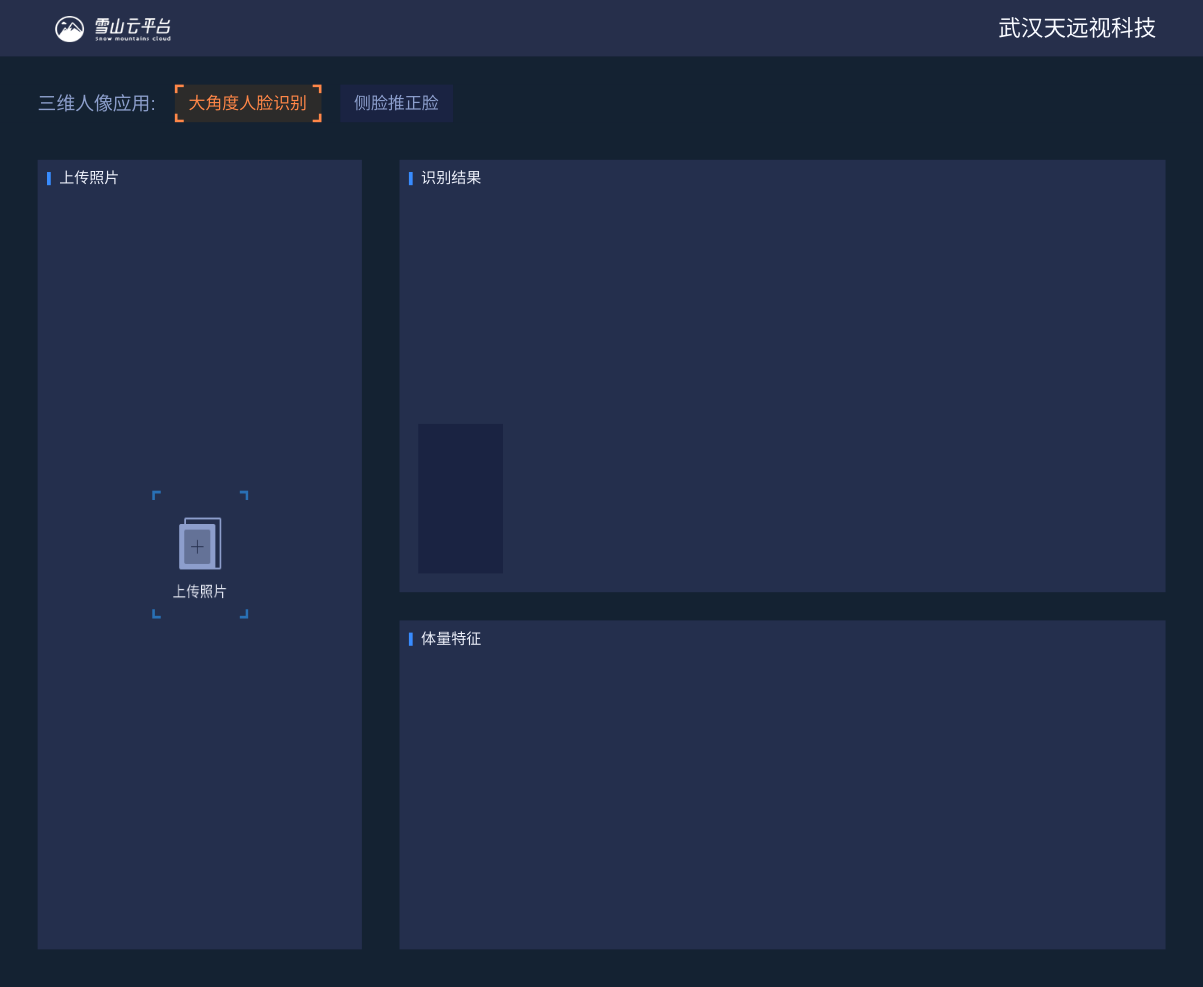
Repository: fyt2020/pubilcDemlo
Page: /
The author's editor kept a copy of each file at every save. The page is drawn from the files as they stood at one save, then again after a run of saves.
The browser window is 1280 px wide. The pictures show the whole page, at 94% of full size.
The project was rebuilt for these pictures with package versions that can differ from the ones it lists, and the page was loaded fresh each time.

Above is the page before, as saved 2020-04-28 17:00:49.

### index.html
<!DOCTYPE html>
<html>
  <head>
    <meta charset="utf-8">
    <meta name="viewport" content="width=device-width,initial-scale=1.0">
    <title>pubilcdemo</title>
    <link rel="shortcut icon" href="./static/farsee.ico" type="image/x-icon">
    <script src="./static/config.js"></script>
    <script src="./static/main.js"></script>
  </head>
  <body>
    <div id="app"></div>
    <!-- built files will be auto injected -->
  </body>
</html>

### src/main.js
// The Vue build version to load with the `import` command
// (runtime-only or standalone) has been set in webpack.base.conf with an alias.
import Vue from 'vue'
import App from './App'
import router from './router'
import '@/assets/css/reset.css'
import axios from '@/plugins/axios';

Vue.config.productionTip = false
Vue.prototype.$http = axios;
/* eslint-disable no-new */
new Vue({
  el: '#app',
  router,
  components: { App },
  template: '<App/>'
})

### src/assets/css/reset.css
@charset "UTF-8";
/**
 * @desc pc端常用reset.css
 * @author archer
 * @date 2018-08-26
 */
html,body,div,p,ul,li,dl,dt,dd,em,i,span,a,img,input,h1,h2,h3,h4,h5,nav,section,footer,header,table,tr,th,td,ul,li{margin:0;padding:0;box-sizing: border-box;}
h1,h2,h3,h4,h5,h6{font-weight:normal}
i,em,b{font-style:normal}
article,aside,details,figcaption,figure,footer,header,menu,nav,section {display: block;}
a,img,input {border:none;}
a {text-decoration:none;}
a:hover, a:active {outline: none;}
ul,li{list-style: none}
button,input,select,textarea{font-size:100%;outline:none}
table{border-collapse:collapse;border-spacing:0}
html, body {width: 100%;height: 100%;}
body{font-family:"Helvetica Neue",Helvetica, Arial,sans-serif; font-size: 14px;line-height:1}

### src/pages/Home.vue
<template>
  <div class="home">
      <div class="header">
           <div class="header__left">
                <img src="../assets/img/logo1.png" alt="" class="logo_img">
           </div>
           <div class="header__right">
                <span>武汉天远视科技</span>
           </div>
      </div>
      <div class="navigation">
            <span class="navigation__title">三维人像应用:</span>
            <router-link tag="li" :to="{name:'bigAngle'}" class="navigation__item">大角度人脸识别</router-link>
            <router-link tag="li" :to="{name:'face',params:{id:'self'}}" class="navigation__item">侧脸推正脸</router-link>
      </div>

      <div class="content">
         <router-view />
      </div>

  </div>
</template>

<script>
export default {
  data() {
    return {};
  },
  computed: {},
  created() {

  },
  mounted() {

  },
  methods: {

  },
  components: {}
};
</script>

<style lang="scss" scoped>
@import "@/assets/css/home.scss";
</style>

### src/pages/bigAngle.vue
<template>
  <div class="bigAngle">
    <div class="bigAngle__left">
      <div class="left__top">
        <div class="titleW" v-if="btnKey">
          <span class="titleW__one"></span>
          <span class="titleW__w">上传照片</span>
        </div>
        <img :src="uploadImgUrl" alt class="uploadImg" v-if="uploadImgUrl" />
        <img
          src="../assets/img/delete.png"
          alt
          class="delete__img"
          v-show="closeKey"
          @click="close"
        />
        <button class="btn" @click="uploadFile2" v-if="btnKey">
          <img src="../assets/img/midle.png" alt class="btn__bg" />
          <form
            name="fileList"
            id="fileList"
            action="uploadURL"
            method="POST"
            enctype="multipart/form-data"
            class="file"
          >
            <input
              type="file"
              hidden
              @change="beforeUploadFile2($event)"
              id="upload_file2"
              class="file-inp"
            />
          </form>
        </button>
      </div>
    </div>
    <div class="bigAngle__right">
      <div class="right__top">
        <div class="titleW">
          <span class="titleW__one"></span>
          <span class="titleW__w">识别结果</span>
        </div>

        <div class="recg__box">
          <img :src="angleImg[0].src" alt class="recg__item" />
        </div>
        <div id="WebGL-output"></div>
        <ul class="info__box" v-if="infoObj.collectNo">
          <li class="info__item">
            <span class="info__iteml">姓名:</span>
            <span class="info__itemr">{{infoObj.username}}</span>
          </li>
          <li class="info__item">
            <span class="info__iteml">性别:</span>
            <span class="info__itemr">{{infoObj.sex}}</span>
          </li>
          <li class="info__item">
            <span class="info__iteml">采集编号:</span>
            <span class="info__itemr">{{infoObj.collectNo}}</span>
          </li>

          <li class="info__item">
            <span class="info__iteml">证件号:</span>
            <span class="info__itemr">{{infoObj.idNo}}</span>
          </li>
          <li class="info__item">
            <span class="info__iteml">采集时间:</span>
            <span class="info__itemr">{{infoObj.time}}</span>
          </li>
        </ul>
      </div>
      <div class="right__bottom">
        <div class="titleW">
          <span class="titleW__one"></span>
          <span class="titleW__w">体量特征</span>
        </div>
        <img src="../assets/img/char.jpg" alt class="char" v-if="!btnKey"/>
        <ul class="tl__box" v-if="charData.length>0">
          <li class="tl__item" v-for="item in charData" :key="item.value">
            <span class="tl__iteml same">{{item.title}}:</span>
            <span class="tl__itemr same">{{Number(item.value).toFixed(2)}}</span>
          </li>
        </ul>
      </div>
    </div>
  </div>
</template>

<script>
import axios from "axios";
export default {
  props: {},
  data() {
    return {
      btnKey: true,
      uploadImgUrl: "",
      closeKey: false,
      camera: null,
      renderer: null,
      boxHelper: null,
      animationId: null,
      modelObj: null,
      scene: null,
      infoObj: {
        collectNo: "",
        sex: "",
        time: "",
        idNo: ""
      },
      charData: [],
      angleImg: [
        {
          id: Math.floor(Math.random * 100),
          src: ``
        }
      ],

      source: 0
    };
  },
  computed: {},
  created() {},
  mounted() {},
  watch: {},
  methods: {
    close() {
      $("#WebGL-output").empty();
      this.uploadImgUrl = "";
      this.closeKey = false;
      this.btnKey = true;
      this.angleImg = [
        {
          id: Math.floor(Math.random * 100),
          src: ``
        }
      ];
      this.charData = [];
      (this.infoObj = {
        collectNo: "",
        sex: "",
        time: "",
        idNo: ""
      }),
        this.removeEntity(this.modelObj);
    },
    uploadFile2() {
      let file = document.getElementById("upload_file2");
      file.click();
    },
    beforeUploadFile2(e) {
      let VM = this;
      let files = e.target.files[0];
      let nameArr = e.target.files[0].name.split(".");
      let len = nameArr.length;
      let startName = e.target.files[0].name.split(".")[0];
      let endName = nameArr[len - 1];
      if (
        endName != "jpg" &&
        endName != "png" &&
        endName != "jpeg" &&
        endName != "JPG" &&
        endName != "PNG" &&
        endName != "JPEG"
      ) {
        VM.$Message.error(`上传图片格式不是jpg或png!`);
        return;
      }
      if (!files) {
        return;
      }
      this.btnKey = false;
      this.closeKey = true;
      let reader = new FileReader();
      reader.onloadend = function() {
        VM.uploadImgUrl = reader.result;
      };
      reader.readAsDataURL(files);
      this.angleImg = [
        {
          id: Math.floor(Math.random * 100),
          src: window.BASEURL.flieUrl +  `${startName}/${startName}_angle.jpg`
        }
      ];
      this.INIT($(".right__top").width(), $(".right__top").height(), startName);
      this.getInfo(startName);
    },

    INIT(width, height, name) {
      let VM = this;
      //场景构建
      VM.scene = new THREE.Scene();
      //相机构建
      VM.camera = new THREE.PerspectiveCamera(45, width / height, 0.1, 2000); //四个参数 视场角 方向 最近距 最远距  fov对应着图中的视角，是上下两面的夹角。aspect是近平面的宽高比。
      // camera.lookAt( new THREE.Vector3(0, 0, 0));
      //渲染器构建
      VM.renderer = new THREE.WebGLRenderer({
        antialias: true
      });

      //设置背景颜色
      VM.renderer.setClearColor(0x242f4d);
      //三个参数 width height updateStyle第三个选填
      VM.renderer.setSize(width, height);
      //激活阴影
      VM.renderer.shadowMapEnabled = true;
      //添加材质灯光阴影
      var ambiColor = "ffffff";
      var ambientLight = new THREE.AmbientLight(ambiColor);
      VM.scene.add(ambientLight);

      //添加坐标系
      // var axes = new THREE.AxisHelper(100);
      // scene.add(axes);

      //添加网格
      // var helper = new THREE.GridHelper( 1000, 50 ,0x0000ff, 0xff8080);
      // scene.add(helper);
      VM.boxHelper = new THREE.BoxHelper();

      var controls = new THREE.OrbitControls(VM.camera, VM.renderer.domElement);
      //controls.target = new THREE.Vector3(0, 0, 0);
      // 使动画循环使用时阻尼或自转 意思是否有惯性
      controls.enableDamping = true;
      //动态阻尼系数 就是鼠标拖拽旋转灵敏度
      controls.dampingFactor = 0.25;
      //是否可以缩放
      controls.enableZoom = true;
      //是否自动旋转
      controls.autoRotate = false;
      //设置相机距离原点的最近距离
      //controls.minDistance = 200;
      //设置相机距离原点的最远距离
      //controls.maxDistance = 600;
      //是否开启右键拖拽
      controls.enablePan = true;
      //上下旋转范围
      controls.minPolarAngle = 0;
      controls.maxPolarAngle = Math.PI * (90 / 180);
      //左右旋转范围
      controls.minAzimuthAngle = -Math.PI * (45 / 180);
      controls.maxAzimuthAngle = Math.PI * (45 / 180);

      controls.panSpeed = 0.2;
      controls.rotateSpeed = 0.1;
      //模型
      var onProgress = function(xhr) {
        // if (xhr.lengthComputable) {
        //   //可计算的长度
        //   var percentCompvare = (xhr.loaded / xhr.total) * 100; //加载程度百分比
        //   var elem = document.getElementById("myBar");
        //   var width = parseInt(percentCompvare);
        //   elem.style.width = width + "%";
        //   $(".loading").text("正在下载:" + parseInt(percentCompvare) + "%");
        // }
      };
      var onError = function(xhr) {
        // $(".loading")
        //   .show()
        //   .text("下载失败");
        return;
      };

      var modelPath = window.BASEURL.flieUrl +  `${name}`;
      var objLoader = new THREE.OBJLoader2();
      var callbackOnLoad = function(event) {
        VM.modelObj = event.detail.loaderRootNode;
        VM.modelObj.name = `${name}`;
        VM.modelObj.scale.set(1.9, 1.9, 1.9);
        VM.modelObj.children[0].geometry.computeBoundingBox();
        VM.modelObj.rotation.x = THREE.Math.degToRad(-88);
        VM.modelObj.children[0].geometry.center();
        VM.boxHelper.setFromObject(VM.modelObj);
        let center = VM.boxHelper.geometry.boundingSphere.center;
        let radius = VM.boxHelper.geometry.boundingSphere.radius;
        let cameraPos = new THREE.Vector3(
          center.x + VM.modelObj.position.x,
          center.y + VM.modelObj.position.y,
          radius * 2.2 + center.z + VM.modelObj.position.z
        );
        let lookPos = new THREE.Vector3(
          center.x + VM.modelObj.position.x,
          center.y + VM.modelObj.position.y,
          center.z + VM.modelObj.position.z
        );
        VM.camera.position.copy(cameraPos);
        controls.target = lookPos;
        VM.camera.lookAt(lookPos);
        VM.scene.add(VM.modelObj);
      };
      let typeObj = VM.source == "1" ? "textured" : "cut";
      objLoader.loadMtl(modelPath + `/${typeObj}_mesh.mtl`, null, function(
        materialCreator
      ) {
        materialCreator[`${typeObj}_mesh`].opacity = 1; // new THREE.Color(1,1,1)
        objLoader.setMaterials(materialCreator);
        objLoader.setLogging(true, true);
        objLoader.load(
          modelPath + `/${typeObj}_mesh.obj`,
          callbackOnLoad,
          onProgress,
          onError,
          null,
          false
        );
      });
      VM.camera.lookAt(VM.scene.position);
      //在页面上添加渲染器，dom元素
      $("#WebGL-output").append(VM.renderer.domElement);
      renderScene();
      VM.getModelTxt(name);
      function renderScene() {
        var clock = new THREE.Clock();
        var delta = clock.getDelta(); //三角点
        controls.update();
        VM.camera.updateProjectionMatrix();
        VM.animationId = requestAnimationFrame(renderScene); //请求动画框架
        VM.renderer.render(VM.scene, VM.camera);
      }
    },
    getModelTxt(name) {
      let VM = this;
      let id = new Date().getTime();
      let params = {
        headers: {
          "Content-Type": "text/plain;charset=utf-8"
        },
        responseType: "text/json",
        inCharset: "utf-8",
        outCharset: "utf-8",
        timeout: 30000,
        random: id
      };
      axios
        .get(window.BASEURL.flieUrl + `${name}/face_points_distance.txt`)
        .then(function(res) {
          let newData = res.data.split("\r\n");
          let len = newData.length;
          for (var i = 0; i < len; i++) {
            if (newData[i]) {
              let obj = {};
              let k = newData[i].split(":")[0];
              let v = newData[i].split(":")[1];
              obj["title"] = k;
              obj["value"] = v;
              VM.charData.push(obj);
            }

            console.log(VM.charData);
          }
        })
        .catch(function(error) {
          console.log(error);
        });
    },
    getInfo(name) {
      let VM = this;
      this.$http.api
        .get(window.BASEURL.flieUrl + `${name}/${name}.json`)
        .then(function(res) {
          if (res.data.code === 0) {
            let data = res.data.result;
            VM.infoObj = data;
          }
        })
        .catch(function(error) {
          console.log(error);
        });
    },
    //移除模型
    removeEntity(object) {
      let selectedObject = this.scene.getObjectByName(object.name);
      // console.log('renderer.renderLists',this.renderer.renderLists)
      selectedObject.traverse(function(item) {
        if (item instanceof THREE.Mesh) {
          item.geometry.dispose(); //删除几何体
          //item.material.dispose(); //删除材质
          if (Array.isArray(item.material)) {
            item.material.forEach(function(i) {
              i.dispose(); //删除材质
            });
          } else {
            item.material.dispose();
          }
        }
      });
      this.scene.remove(selectedObject);
      this.renderer.dispose();
      this.renderer.clear();
      this.renderer.renderLists.dispose();
      this.modelObj = null;
      THREE.Cache.clear();
    }
  },
  beforeDestroy() {
    this.removeEntity(this.modelObj);
  },
  components: {}
};
</script>

<style scoped lang="scss">
@import "@/assets/css/bigAngle.scss";
</style>

### src/assets/css/home.scss

@import "@/assets/css/func.scss";
.home{
    font-size: 20px;
    width: 100vw;
    height: 100vh;
    background-color: #142232;
    .header{
        width: 100%;
        height: 60px;
        background-color: #262f4b;
        display: flex;
        align-items: center;
        color:  #f8faff;;
        justify-content: space-between;
        padding: 0 50px;
        font-size: 24px;
        .header__left{
            height: 100%;
            display: flex;
            align-items: center;
            .logo_img{
                width: 141px;
                height: 35px;
            }
        }
        .header__right{
            height: 100%;
            display: flex;
            align-items: center;
        }
    }
    .navigation{
        width: 100%;
        height: 40px;
        display: flex;
        align-items: center;
        box-sizing: border-box;
        background-color: #142232;
        color:  #8c9ecb;
        padding: 0 40px;
        margin-top: 30px;
        .navigation__title{
            margin-right: 20px;
        }
        &__item{
            height: 40px;
            line-height: 40px;
            box-sizing: border-box;
            padding: 0 15px;
            margin-right: 20px;
            font-size: 18px;
            color: #8c9ecc;
            background-color:  #1a2342;
        }
        &__item.exactActive{
             display: flex;
             color: #ff8748;
             background: url('../#{$img}/qhbtn.png') no-repeat center;
             background-size: 100% 100%;

        }
    }
    .content{
        width: 100%;
        padding: 40px;
        background-color: #142232;
    }
}

### src/assets/css/func.scss
// @function px2Rem($px, $base-font-size: 19.2px) {
//     @if (unitless($px)) { //有无单位
//       @return ($px / 19.2) * 1rem;
//     } @else if (unit($px) == em) {
//       @return $px;
//     }
//     @return ($px / $base-font-size) * 1rem;
// }

$img:"/assets/img";

### src/assets/css/bigAngle.scss
.bigAngle{
     display: flex;
     width: 100%;
     height: 100%;
     .titleW{
        position: absolute;
        height: 20px;
        line-height: 20px;
        left: 10px;
        top:10px;
        display: flex;
        align-items: center;
        color:  #edf0fa;
        font-size: 16px;
        .titleW__one{

           width: 4px;
           height: 14px;
           margin-right: 9px;
           background-color: #388cff;
        }
    }
     .bigAngle__left{
        width: 994px;
        height: 840px;
        margin-right: 40px;
        display: flex;
        flex-direction: column;
        background-color: #242f4d;
        .left__top{
             width: 100%;
             height: 100%;
            //  margin-bottom: 20px;
             display: flex;
             align-items: center;
             justify-content: center;
             position: relative;
             .uploadImg{
                height: 100%;
             }

             .delete__img{
                position: absolute;
                width: 36px;
                height: 36px;
                right: 20px;
                top:20px;
                transition: all 0.1 linear;
                z-index: 2100;
                cursor: pointer;
             }
             .btn{
                 position: absolute;
                 outline: none;
                 position: relative;
                 border: none;
                 background: transparent;
                //  border-style: solid;
                //  border-width: 2px;
                //  border-image-source: linear-gradient(0deg,#1a5fff 0%, #5f8ffd 100%);
                //  border-image-slice: 1;
                 width: 114px;
                 height: 138px;
                //  line-height: 30px;
                //  color: #1a5fff;
                //  border-radius: 6px;
                 z-index: 9999;
                 cursor: pointer;
                 .btn__bg{
                     width: 100%;
                     height: 100%;
                 }
             }
        }
        .left__bottom{
            width: 100%;
            height: 15%;
            border: 1px solid black;
            .left__bottom{

            }

        }
     }
     .bigAngle__right{
        width: 816px;
        height: 840px;


        .right__top{

            width: 100%;
            height: 460px;
            position: relative;
            margin-bottom: 30px;
            background-color: #242f4d;

            .recg__box{

                display: flex;
                position: absolute;
                width: 90px;
                left: 20px;
                bottom: 20px;
                background-color: #1a2342;;
                height: 159px;
                align-items: center;
                justify-content: flex-start;
                .recg__item{
                    height: 100%;
                }
            }
            #WebGL-output{
                width: 815px;
                height: 460px;
            }
            .info__box{
                position: absolute;
                right: 20px;
                bottom: 20px;
                width: 238px;
                height: 158px;
                background-color: #1a2342;
                padding: 15px;
                display: flex;
                flex-direction: column;
                justify-content: space-around;
                align-content: space-around;
                font-size: 14px;
                color: #edf0fa;


            }
        }
        .right__bottom{


            background-color: #242f4d;
            width: 100%;
            height: 350px;
            position: relative;
            .char{
                position: absolute;
                width: 816px;
                height: 298px;
                left: 50%;
                top: 50%;
                z-index: 1;
                transform: translate(-50%,-50%);

            }
            .tl__box{
                display: flex;
                position: absolute;
                z-index: 10;
                width: 100%;
                height: 100%;


                .tl__item{
                    display: flex;
                    align-items: center;
                    position: absolute;
                    font-size: 15px;
                    color: #edf0fa;
                    letter-spacing: 1px;

                    &:nth-of-type(1){
                        left: 43%;
                        top:17%

                    }
                    &:nth-of-type(2){
                        left: 32%;
                        top:30%
                    }
                    &:nth-of-type(3){

                        left: 43%;
                        top:40%
                    }
                    &:nth-of-type(4){

                        left: 43%;
                        top:50%
                    }
                    &:nth-of-type(5){

                        left: 43%;
                        top:59%
                    }
                    &:nth-of-type(6){

                        left: 43%;
                        top:68%
                    }
                    &:nth-of-type(7){

                        left: 43%;
                        top:77%
                    }
                    &:nth-of-type(8){

                        left: 43%;
                        top:86%
                    }






                }
            }


        }

     }
}

### static/config.js
window.BASEURL = {
     //flieUrl:`http://192.168.1.199:8080/recg/static/data/`
     flieUrl:`../../static/data/`
};

Loaded but not shown: src/App.vue (common file); src/plugins/axios.js (library); src/router/index.js (42 lines, source omitted)

After the next 2 saves:
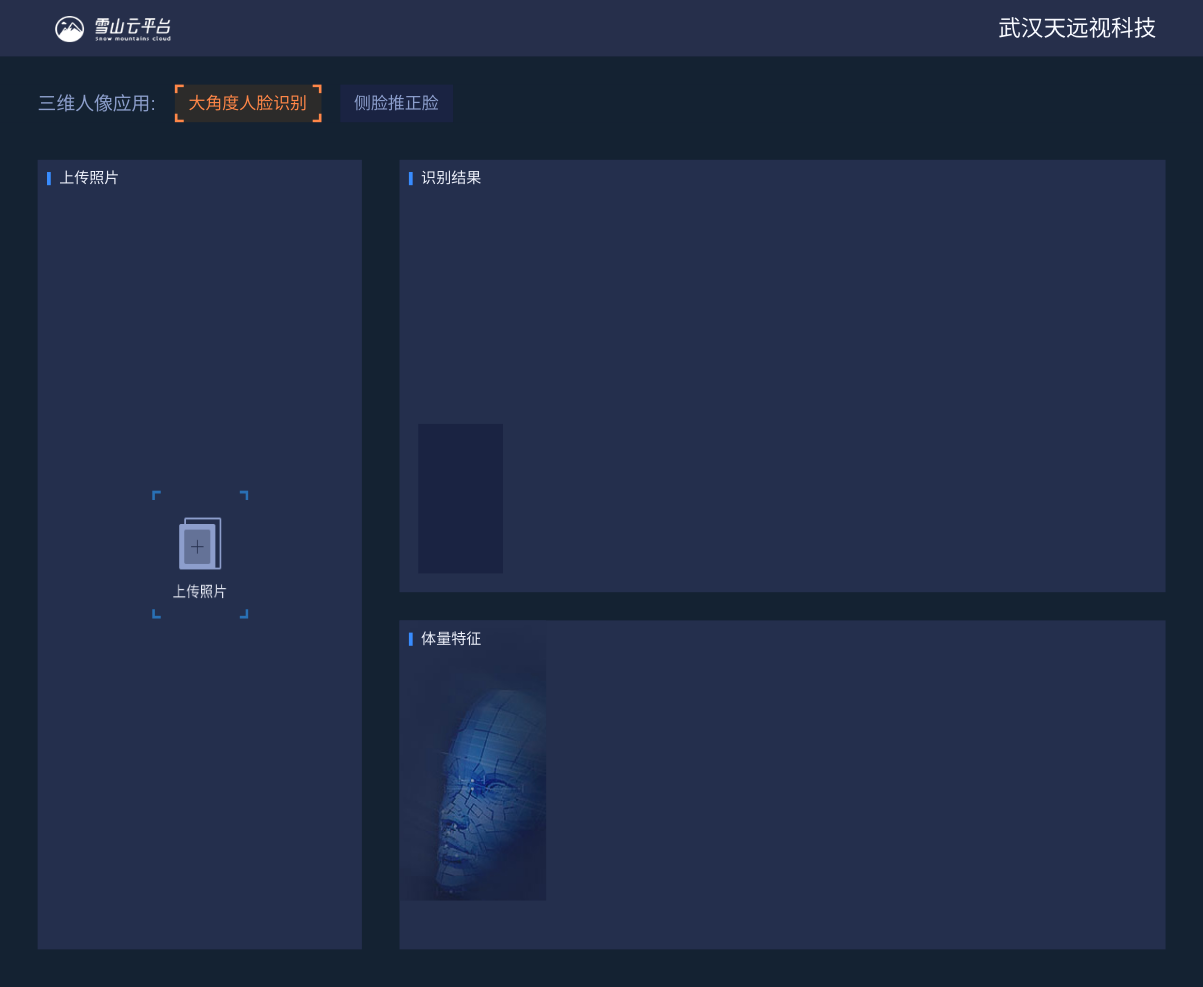
The 2 saves are shown as one change because they came seconds apart.
The last was saved 5 min 31 s later.
--- a/src/pages/bigAngle.vue
+++ b/src/pages/bigAngle.vue
@@ -75,7 +75,13 @@
           <span class="titleW__one"></span>
           <span class="titleW__w">体量特征</span>
         </div>
-        <img src="../assets/img/char.jpg" alt class="char" v-if="!btnKey"/>
+        <div class="char__box">
+
+                <img src="../assets/img/char1.jpg" alt class="char" v-if="!btnKey"/>
+                <img src="../assets/img/char2.jpg" alt="">
+
+        </div>
+
         <ul class="tl__box" v-if="charData.length>0">
           <li class="tl__item" v-for="item in charData" :key="item.value">
             <span class="tl__iteml same">{{item.title}}:</span>
